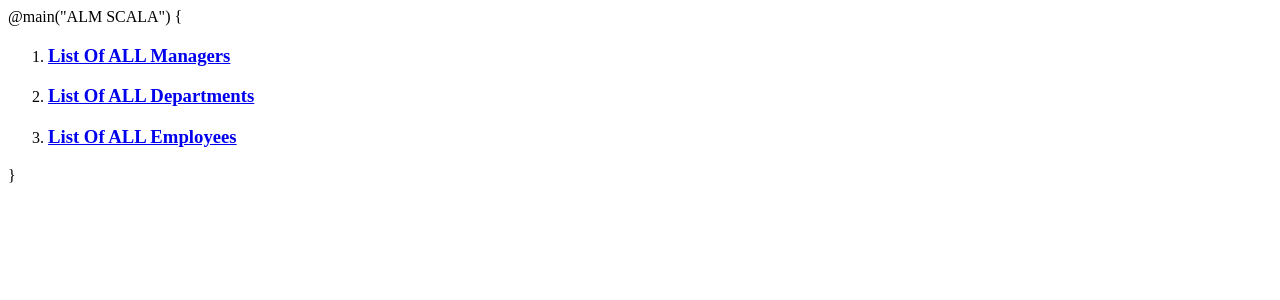
Repository: sumitkum200690/PLAY_SLICK
Page: Play_DB/app/views/index.scala.html
An editor plug-in stored every save of this project. The page is shown before and after the next save, followed by the edit.
The browser window is 1280 px wide. The pictures show the whole page.

Above is the page before, as saved 2015-09-24 08:58:29.

After the next save:
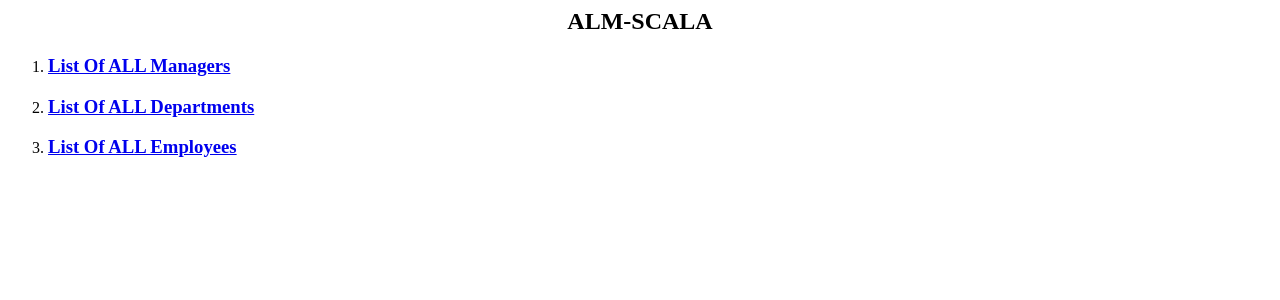
Saved 90 s later.
--- a/Play_DB/app/views/index.scala.html
+++ b/Play_DB/app/views/index.scala.html
@@ -1,11 +1,9 @@
 
 
+<h2 align="center" >ALM-SCALA</h2>
 
-@main("ALM SCALA") {
 <ol>
 	 <li><a href="@routes.Application.allManagers"><h3><b>List Of ALL Managers</b></h3></a></li>
 	 <li><a href="@routes.Application.allDepartments"><h3><b>List Of ALL Departments</b></h3></a></li>
 	 <li><a href="@routes.Application.allEmployees"><h3><b>List Of ALL Employees</b></h3></a></li>
    </ol>
-
-}
